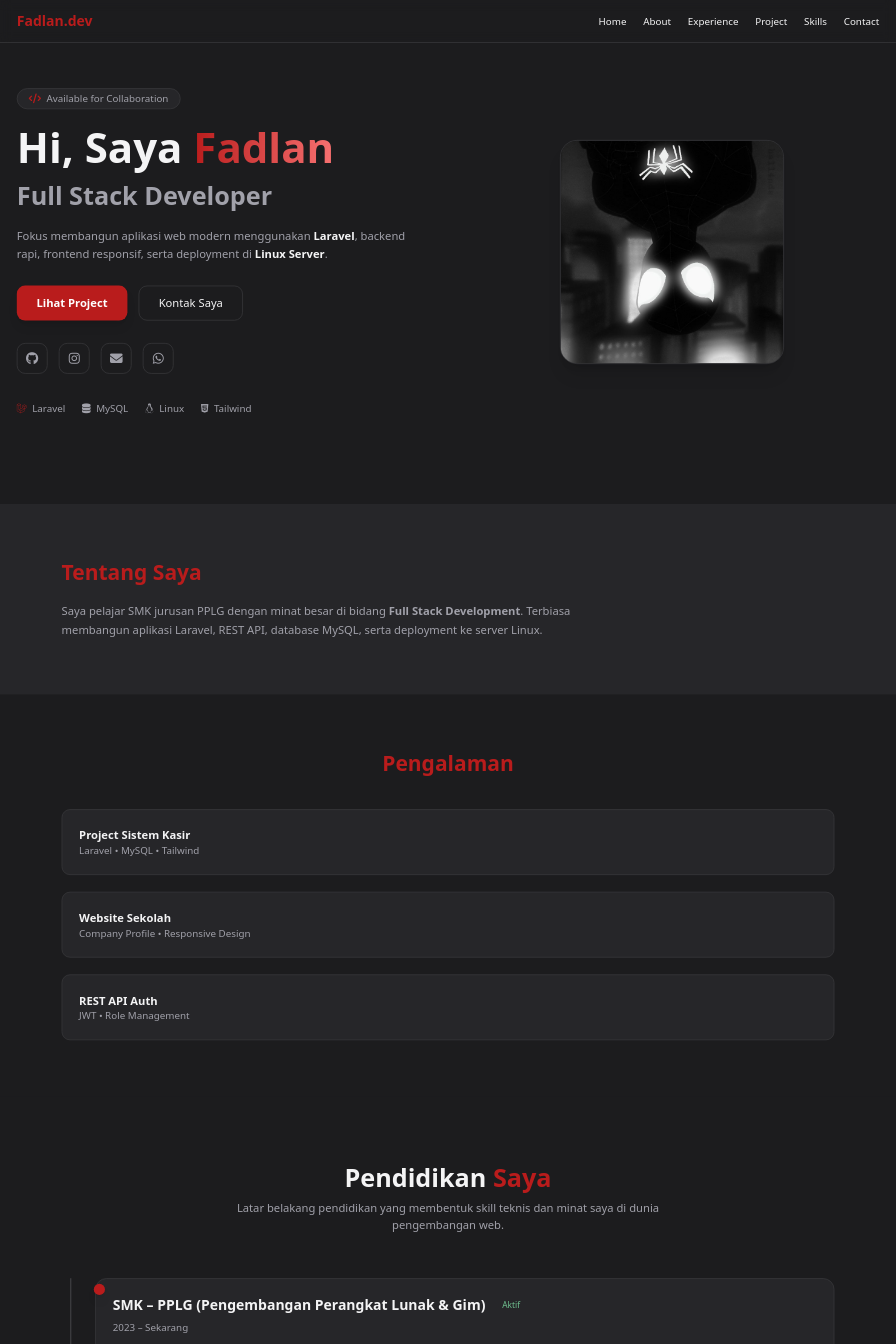
Repository: Fadlan079/Personal-Portfolio
Page: http://localhost/
The author's editor kept a copy of each file at every save. The page is drawn from the files as they stood at one save, then again after the next save.
The browser window is 1280 px wide. The pictures show the part of the page from y = 0 to 1920 px (the page is 4636 px tall before and 4660 px after), at 70% of full size.
Some web libraries are served in a nearby version. The page is served by the project's Laravel application, run on PHP 8.4 with Laravel 12.

Above is the page before, as saved 2026-01-15 08:04:10.

After the next save:
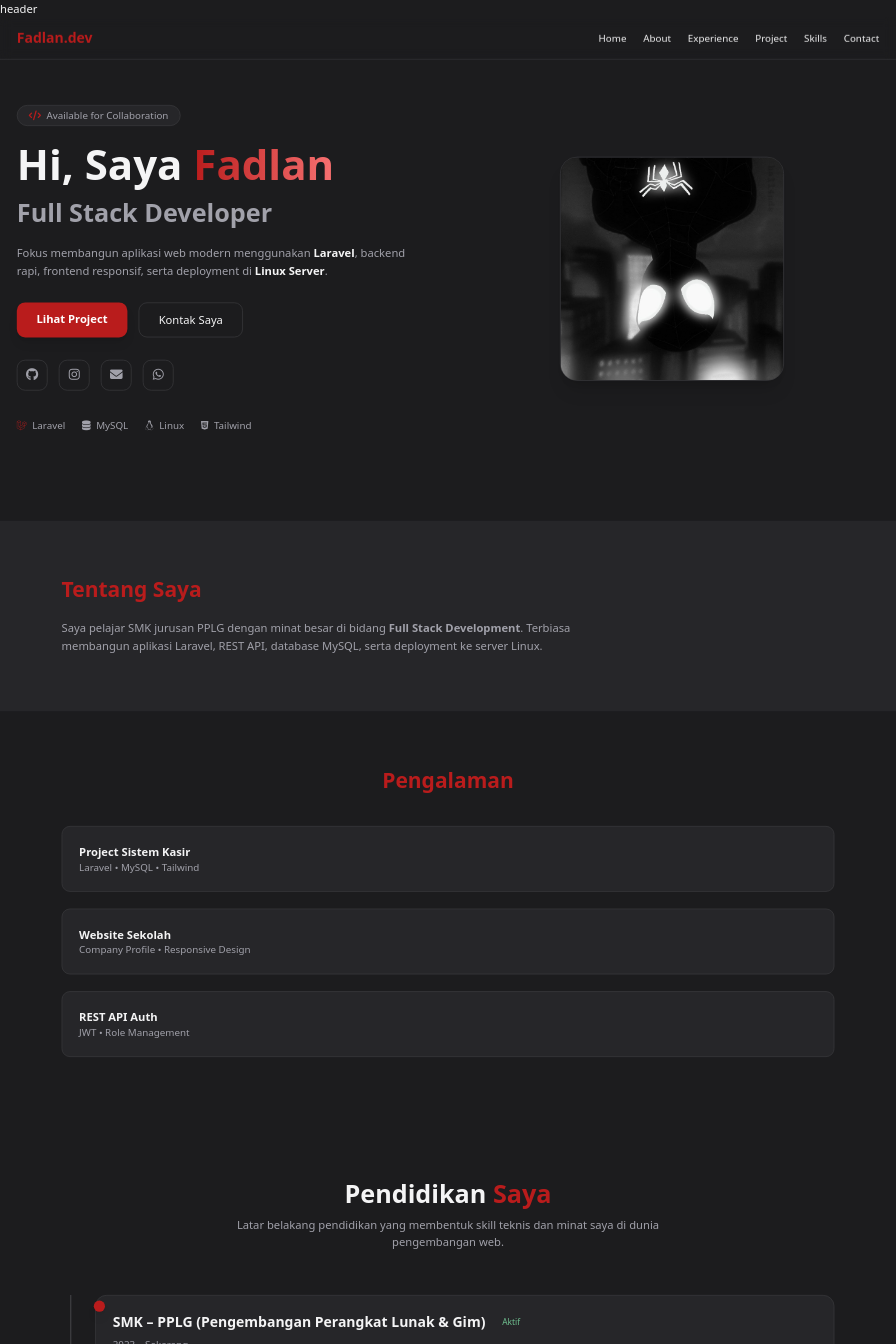
Saved 47 s later.
--- a/resources/views/portofolio.blade.php
+++ b/resources/views/portofolio.blade.php
@@ -78,6 +78,7 @@
 </head>
 
 <body class="bg-bg text-text">
+  header
 <nav class="fixed w-full bg-bg/80 backdrop-blur border-b border-border z-50">
   <div class="max-w-7xl mx-auto px-6 py-4 flex justify-between items-center">
     <h1 class="text-xl font-bold text-primary">Fadlan.dev</h1>
